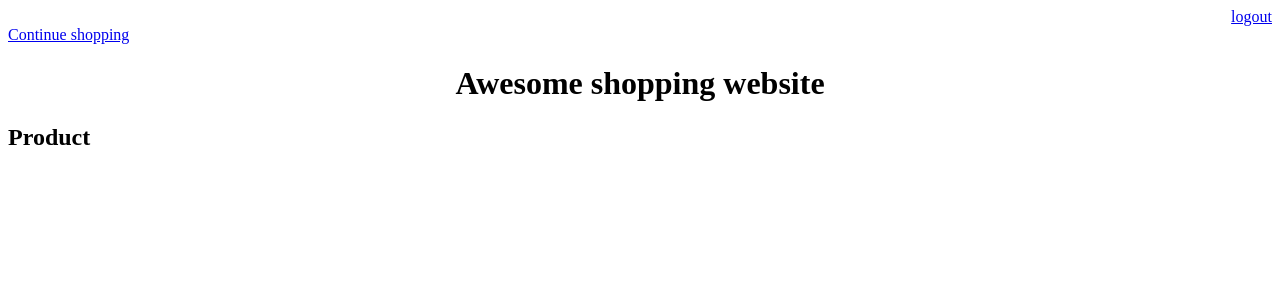
Repository: balu-sadanandan/demo-Shopping-cart-application
Page: http://localhost/shopping-cart/proddesc.jsp
The author's editor kept a copy of each file at every save. The page is drawn from the files as they stood at one save, then again after the next save.
The browser window is 1280 px wide. The pictures show the whole page.
The page is served by Tomcat 9.

Above is the page before, as saved 2017-09-19 04:36:09.

After the next save:
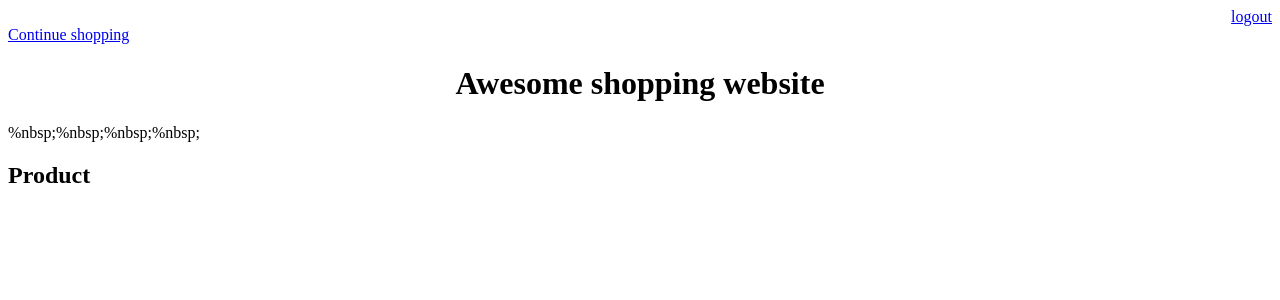
Saved 9 min 47 s later.
--- a/shopping-cart/WebContent/proddesc.jsp
+++ b/shopping-cart/WebContent/proddesc.jsp
@@ -20,6 +20,7 @@
     </center>
    </div>
    <div align="left">
+   %nbsp;%nbsp;%nbsp;%nbsp;
     <h2>Product</h2>
 </div>
 
